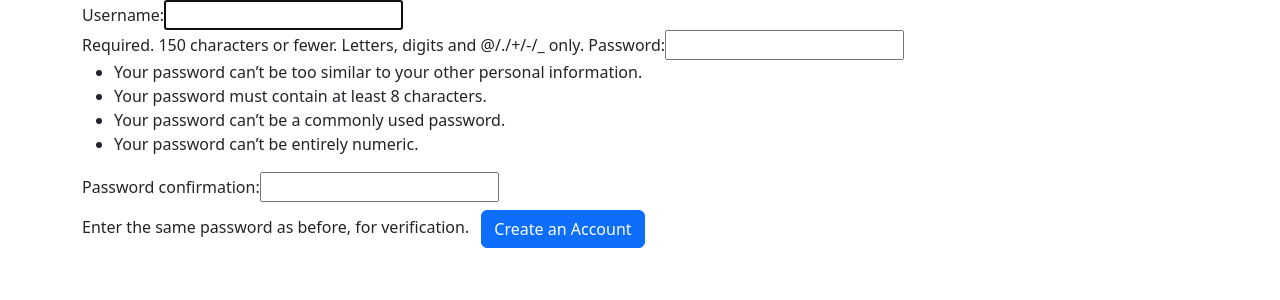
Repository: Ndifoinhilary/django_referrals_system
Page: http://localhost/signup/
An editor plug-in stored every save of this project. The page is shown before and after the next save, followed by the edit.
The browser window is 1280 px wide. The pictures show the whole page.
The page is served by the project's application, run on Django 3.2 (manage.py).

Above is the page before, as saved 2024-01-09 23:45:25.

After the next save:
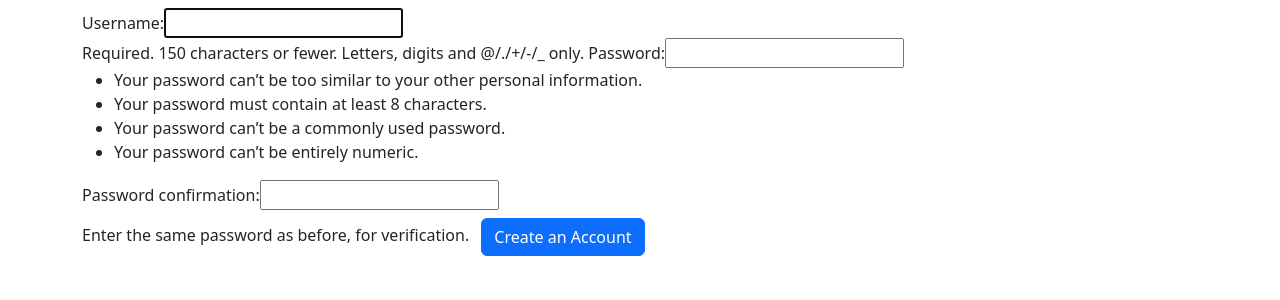
Saved 24 s later.
--- a/referrals/templates/signup.html
+++ b/referrals/templates/signup.html
@@ -4,7 +4,7 @@
 
 
 {% block content %}
-<div class="container">
+<div class="container mt-2 ">
     <form action="" method="post">
         {% csrf_token %}
         {{form}}
